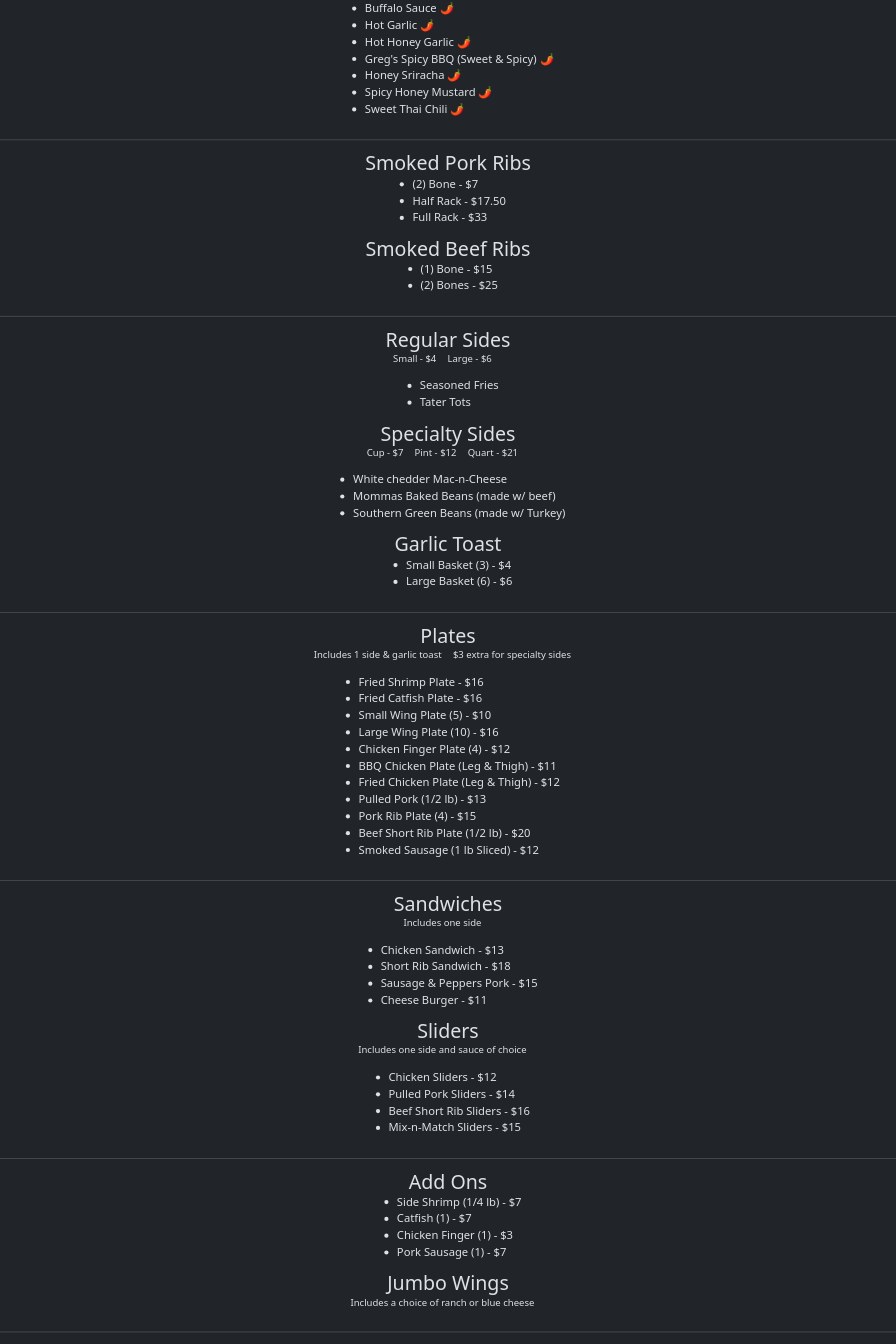
Repository: dukedward/smokehousemenu
Page: plates/index.html
An editor plug-in stored every save of this project. The page is shown before and after the next save, followed by the edit.
The browser window is 1280 px wide. The pictures show the part of the page from y = 755 to 2675 px (the page is 2675 px tall), at 70% of full size.
Some web libraries are served in a nearby version.

Above is the page before, as saved 2023-03-06 12:13:55.

### plates/index.html
<!DOCTYPE html>
<html lang="en" data-bs-theme="dark">
<head>
    <meta charset="UTF-8">
    <meta http-equiv="X-UA-Compatible" content="IE=edge">
    <meta name="viewport" content="width=device-width, initial-scale=1.0">
    <link rel="stylesheet" href="https://cdnjs.cloudflare.com/ajax/libs/font-awesome/6.3.0/css/all.min.css" integrity="sha512-SzlrxWUlpfuzQ+pcUCosxcglQRNAq/DZjVsC0lE40xsADsfeQoEypE+enwcOiGjk/bSuGGKHEyjSoQ1zVisanQ==" crossorigin="anonymous" referrerpolicy="no-referrer" />
    <link href="https://cdn.jsdelivr.net/npm/bootstrap@5.3.0-alpha1/dist/css/bootstrap.min.css" rel="stylesheet" integrity="sha384-GLhlTQ8iRABdZLl6O3oVMWSktQOp6b7In1Zl3/Jr59b6EGGoI1aFkw7cmDA6j6gD" crossorigin="anonymous">
    <link rel="stylesheet" href="../style.css" />
    <link rel="shortcut icon" href="../images/favicon.ico" type="image/x-icon">
    <title>Small Plates</title>
</head>
<body>
    <div class="title">
        <a href="/">
            <i class="fa-solid fa-house mt-2 mb-2"></i>
        </a>
        <h1>Small Plates</h1>
        <h4>Monday-Sunday</h4>
        <p>(Place orders between 10am-5pm)</p>
    </div>
    <hr>
    <div class="sections">
        <div class="sect">
            <h3>Jumbo Wings</h3>
            <div class="desc">
                <p>Includes a choice of ranch or blue cheese</p>
            </div>
            <div class="sub-sect">
                <h4>Choose Amount:</h4>
                <ul>
                    <li>5pc - $7.50</li>
                    <li>10pc - $13</li>
                    <li>20pc - $22</li>
                    <li>30pc - $31</li>
                </ul>
            </div>
            <div class="sub-sect">
                <h4>Choose Style:</h4>
                <ul>
                    <li>Traditional Fried</li>
                    <li>Smoke Fried</li>
                    <li>Signature Wild Wings</li>
                </ul>
            </div>
            <div class="sub-sect">
                <h4>Choose Sauces:</h4>
                <div class="desc">
                    <p>🌶️ - Spicy items</p>
                </div>
                <ul>
                    <li>Greg's Sweet BBQ</li>
                    <li>Sweet Teriyaki</li>
                    <li>Garlic Parmesan</li>
                    <li>Honey Mustard</li>
                    <li>Lemon Pepper</li>
                    <li>Carolina Gold 🌶️</li>
                    <li>Buffalo Sauce 🌶️</li>
                    <li>Hot Garlic 🌶️</li>
                    <li>Hot Honey Garlic 🌶️</li>
                    <li>Greg's Spicy BBQ (Sweet & Spicy) 🌶️</li>
                    <li>Honey Sriracha 🌶️</li>
                    <li>Spicy Honey Mustard 🌶️</li>
                    <li>Sweet Thai Chili 🌶️</li>
                </ul>
            </div>
        </div>
        <hr>
        <div class="sect">
            <h3>Smoked Pork Ribs</h3>
            <ul>
                <li>(2) Bone - $7</li>
                <li>Half Rack - $17.50</li>
                <li>Full Rack - $33</li>
            </ul>
            <h3>Smoked Beef Ribs</h3>
            <ul>
                <li>(1) Bone - $15</li>
                <li>(2) Bones - $25</li>
            </ul>
        </div>
        <hr>
        <div class="sect">
            <h3>Regular Sides</h3>
            <div class="desc">
                <p>Small - $4</p>
                <p>Large - $6</p>
            </div>
            <ul>
                <li>Seasoned Fries</li>
                <li>Tater Tots</li>
            </ul>
            <h3>Specialty Sides</h3>
            <div class="desc">
                <p>Cup - $7</p>
                <p>Pint - $12</p>
                <p>Quart - $21</p>
            </div>
            <ul>
                <li>White chedder Mac-n-Cheese</li>
                <li>Mommas Baked Beans (made w/ beef)</li>
                <li>Southern Green Beans (made w/ Turkey)</li>
            </ul>
            <h3>Garlic Toast</h3>
            <ul>
                <li>Small Basket (3) - $4</li>
                <li>Large Basket (6) - $6</li>
            </ul>
        </div>
        <hr>
        <div class="sect">
            <h3>Plates</h3>
            <div class="desc">
                <p>Includes 1 side & garlic toast</p>
                <p>$3 extra for specialty sides</p>
            </div>
            <ul>
                <li>Fried Shrimp Plate - $16</li>
                <li>Fried Catfish Plate - $16</li>
                <li>Small Wing Plate (5) - $10</li>
                <li>Large Wing Plate (10) - $16</li>
                <li>Chicken Finger Plate (4) - $12</li>
                <li>BBQ Chicken Plate (Leg & Thigh) - $11</li>
                <li>Fried Chicken Plate (Leg & Thigh) - $12</li>
                <li>Pulled Pork (1/2 lb) - $13</li>
                <li>Pork Rib Plate (4) - $15</li>
                <li>Beef Short Rib Plate (1/2 lb) - $20</li>
                <li>Smoked Sausage (1 lb Sliced) - $12</li>
            </ul>
        </div>
        <hr>
        <div class="sect">
            <h3>Sandwiches</h3>
            <div class="desc">
                <p>Includes one side</p>
            </div>
            <ul>
                <li>Chicken Sandwich - $13</li>
                <li>Short Rib Sandwich - $18</li>
                <li>Sausage & Peppers Pork - $15</li>
                <li>Cheese Burger - $11</li>
            </ul>
            <h3>Sliders</h3>
            <div class="desc">
                <p>Includes one side and sauce of choice</p>
            </div>
            <ul>
                <li>Chicken Sliders - $12</li>
                <li>Pulled Pork Sliders - $14</li>
                <li>Beef Short Rib Sliders - $16</li>
                <li>Mix-n-Match Sliders - $15</li>
            </ul>
        </div>
        <hr>
        <div class="sect">
            <h3>Add Ons</h3>
            <ul>
                <li>Side Shrimp (1/4 lb) - $7</li>
                <li>Catfish (1) - $7</li>
                <li>Chicken Finger (1) - $3</li>
                <li>Pork Sausage (1) - $7</li>
            </ul>
        </div>
    </div>
    <script src="https://cdn.jsdelivr.net/npm/bootstrap@5.3.0-alpha1/dist/js/bootstrap.bundle.min.js" integrity="sha384-w76AqPfDkMBDXo30jS1Sgez6pr3x5MlQ1ZAGC+nuZB+EYdgRZgiwxhTBTkF7CXvN" crossorigin="anonymous"></script>
    <script src="../script.js"></script>
</body>
</html>

### style.css
.container {
    height: 100vh;
}

.title {
	display: flex;
	flex-direction: column;
	justify-content: center;
	align-items: center;
}

.sections {
	display: grid;
}

.sect, .sub-sect {
	display: flex;
	flex-direction: column;
	justify-content: left;
	align-items: center;
}

.sect h2,h3 {
    margin-bottom: 0;
}

.desc {
    display: flex;
    flex-direction: row;
    justify-content: space-between;
}

.desc p,.title p {
    padding-right: 1rem;
    font-size: .85rem;
}

### script.js
// Collecting DOM Elements
const bottom = document.querySelector('.bottom');
const sections = document.querySelector('.sections');
// const x = document.querySelector('');
// const x = document.querySelector('');
// const x = document.querySelector('');
// const x = document.querySelector('');
// const x = document.querySelector('');
// const x = document.querySelector('');

// API Data
const categories = [
    {
        name: 'Jumbo Wings',
        description: [
            {
                text: 'Includes a choice of ranch or blue cheese',
            },
        ],
    },
];
const products = [
    {
        name: 'Greg\'s Spicy BBQ (Sweet & Spicy) 🌶️',
        image: '',
        price: 0,
        category: '640533ab345c72c36a197c35'
    },
];
const subCategories = [
    {
        name: 'Choose Sauces',
        description: [
            {
                text: '🌶️ - Spicy Items',
            },
        ],
        category: {
            _id: '640533ab345c72c36a197c35',
        },
    },
];

document.body.onload = addElement;

function addElement() {
    // create a new div element
    const newDiv = document.createElement("div");
    newDiv.className = 'sect'

    // and give it some content
    const lineBreak = document.createElement("hr")

    const newTitle = document.createElement("h3");
    newTitle.innerHTML = categories[0].name

    const newDesc = document.createElement("div");
    newDesc.className = 'desc'
    const newText = document.createElement('p')
    newText.innerHTML = categories[0].description[0].text
    newDesc.appendChild(newText)

    // add the text node to the newly created div
    newDiv.appendChild(newTitle);
    newDiv.appendChild(newDesc);

    // add the newly created element and its content into the DOM
    document.body.insertBefore(newDiv,bottom)
    document.body.insertBefore(lineBreak,bottom)
}

After the next save:
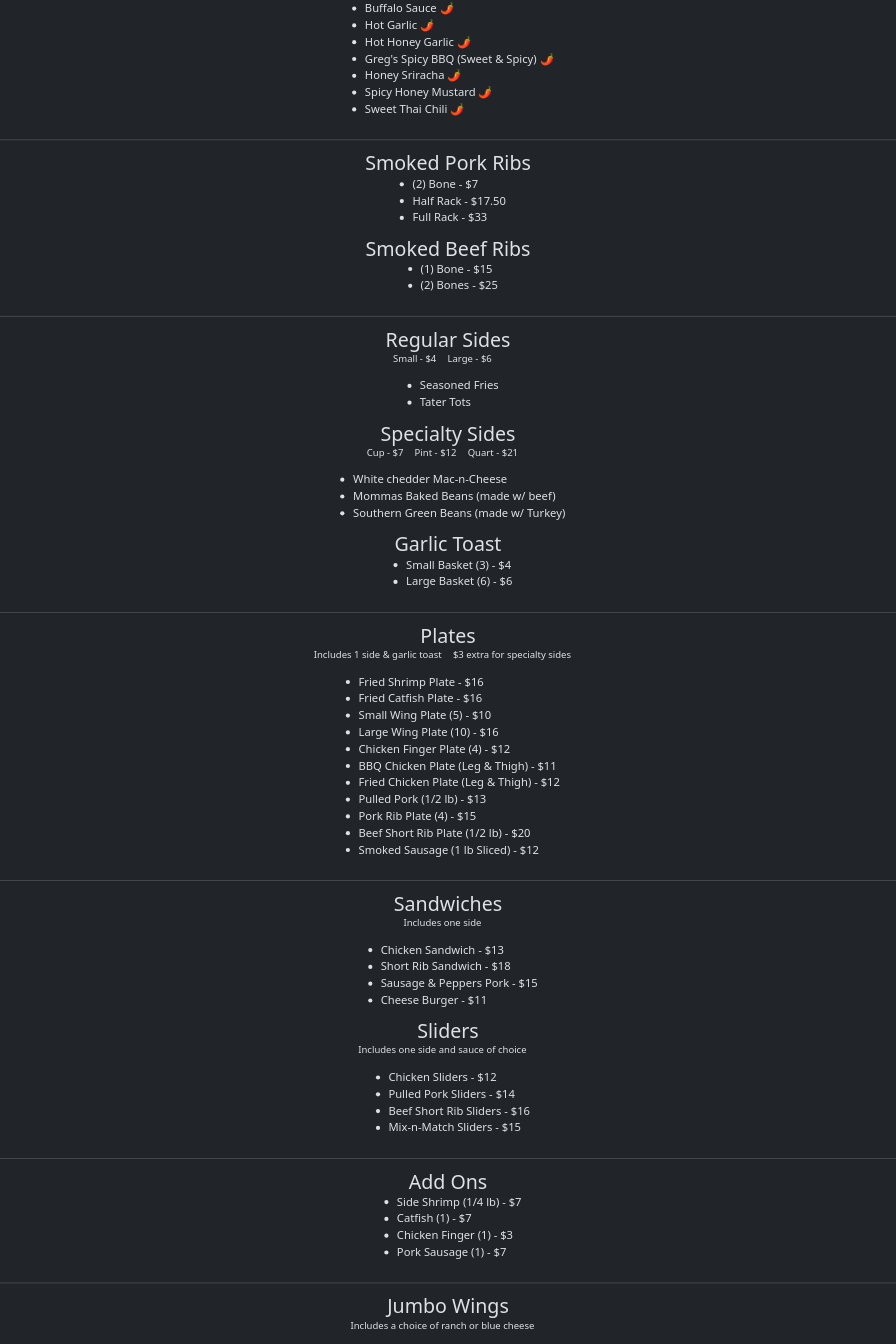
Saved 22 s later.
--- a/script.js
+++ b/script.js
@@ -65,6 +65,6 @@ function addElement() {
     newDiv.appendChild(newDesc);
 
     // add the newly created element and its content into the DOM
+    document.body.insertBefore(lineBreak,bottom)
     document.body.insertBefore(newDiv,bottom)
-    document.body.insertBefore(lineBreak,bottom)
 }
